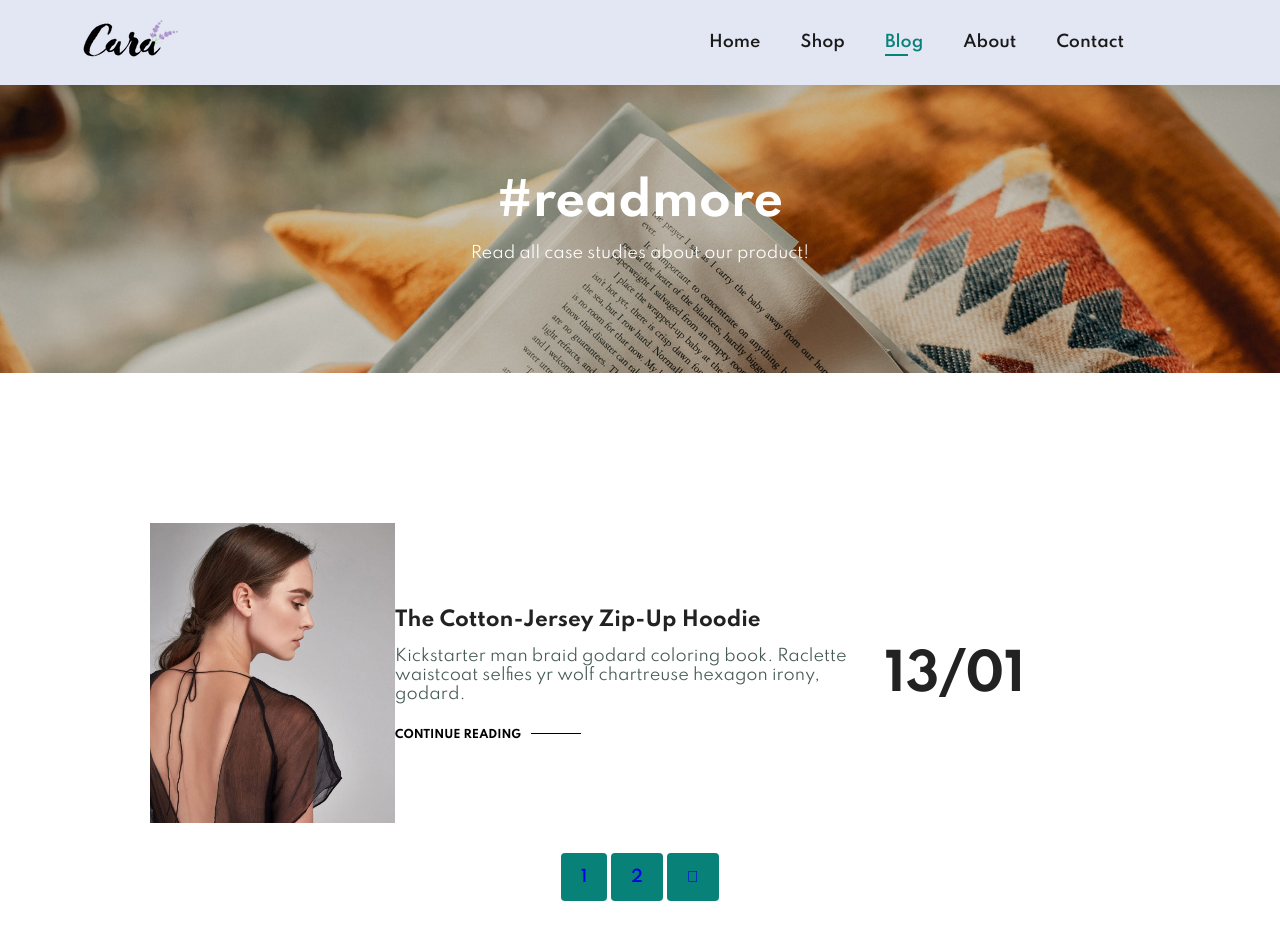
Repository: MinhNhatIT2901/Ecommerce
Page: blog.html
An editor plug-in stored every save of this project. The page is shown before and after the next save, followed by the edit.
The browser window is 1280 px wide. The pictures show the part of the page from y = 0 to 952 px (the page is 1580 px tall).
Some web libraries are served in a nearby version.

Above is the page before, as saved 2022-01-08 22:50:24.

### blog.html
<!DOCTYPE html>
<html lang="en">
<head>
    <meta charset="UTF-8">
    <meta http-equiv="X-UA-Compatible" content="IE=edge">
    <meta name="viewport" content="width=device-width, initial-scale=1.0">
    <title>Ecommerce</title>
    <link rel="stylesheet" href="https://pro.fontawesome.com/releases/v5.10.0/css/all.css" integrity="sha384-AYmEC3Yw5cVb3ZcuHtOA93w35dYTsvhLPVnYs9eStHfGJvOvKxVfELGroGkvsg+p" crossorigin="anonymous"/>
    <link rel="stylesheet" href="style.css">
</head>
<body>

    <section id="header">
        <a href="">
            <img src="imgs/img/logo.png" alt="" class="logo">
        </a>
        <div>
            <ul id="navbar">
                <li><a href="index.html">Home</a></li>
                <li><a href="shop.html">Shop</a></li>
                <li><a class="active" href="blog.html">Blog</a></li>
                <li><a href="about.html">About</a></li>
                <li><a href="contact.html">Contact</a></li>
                <li id="lg-bar"><a href="cart.html"><i class="far fa-shopping-bag"></i></a></li>
                <a href="#" id="close">
                    <i class="far fa-times"></i>
                </a>
            </ul>
        </div>
        <div id="mobile">
            <a href="cart.html"><i class="far fa-shopping-bag"></i></a>
            <i id="bar" class="fas fa-outdent"></i>
        </div>
    </section>

    <section id="page-header" class="blog-header">
        <h2>#readmore</h2>
        <p>Read all case studies about our product! </p>
    </section>

    <section id="blog">
        <div class="blog-box">
            <div class="blog-img">
                <img src="imgs/img/blog/b1.jpg" alt="">
            </div>
            <div class="blog-details">
                <h4>The Cotton-Jersey Zip-Up Hoodie</h4>
                <p>Kickstarter man braid godard coloring book. Raclette waistcoat selfies
                yr wolf chartreuse hexagon irony, godard.</p>
                <a href="#">CONTINUE READING</a>
            </div>
            <h1>13/01</h1>
        </div>
    </section>

    <section id="pagination" class="section-p1">
        <a href="#">1</a>
        <a href="#">2</a>
        <a href="#"><i class="fal fa-long-arrow-alt-right"></i></a>
    </section>

    <section id="newsletter" class="section-p1 section-m1">
        <div class="newstext">
            <h4>Sign Up For Newsletters</h4>
            <p>Get E-mail uppdates about our latest shop and <span>special offers</span></p>
        </div>
        <div class="form">
            <input type="text" placeholder="Your email address">
            <button class="normal">Sign Up</button>
        </div>
    </section>

    <footer class="section-p1">
        <div class="col">
            <img  class="logo" src="imgs/img/logo.png" alt="">
            <h4>Contact</h4>
            <p><strong>Address: </strong> 562 Wellington Road, Street 32, San Francisco</p>
            <p><strong>Phone:</strong> +01 2222 365 /(+91) e1 2345 6789</p>
            <p><strong>Hours:</strong> 10:00 - 18:00, Mon - Sat</p>
            <div class="follow">
                <h4>Follow us</h4>
                <div class="icon">
                    <i class="fab fa-facebook-f"></i>
                    <i class="fab fa-twitter"></i>
                    <i class="fab fa-instagram"></i>
                    <i class="fab fa-pinterest-p"></i>
                    <i class="fab fa-youtube"></i>
                </div>
            </div>
        </div>

        <div class="col">
            <h4>About</h4>
            <a href="#">About us</a>
            <a href="#">Delivery Information</a>
            <a href="#">Privacy Policy</a>
            <a href="#">Terms & Conditions</a>
            <a href="#">Contact Us</a>
        </div>

        <div class="col">
            <h4>My Account</h4>
            <a href="#">Sign In</a>
            <a href="#">View Cart</a>
            <a href="#">My Wishlist</a>
            <a href="#">Track My Order</a>
            <a href="#">Help</a>
        </div>

        <div class="col install">
            <h4>Install App</h4>
            <p>From App Store or Google Play</p>
            <div class="row">
                <img src="imgs/img/pay/app.jpg" alt="">
                <img src="imgs/img/pay/play.jpg" alt="">
            </div>
            <p>Secured Payment Gateways </p>
            <img src="imgs/img/pay/pay.png" alt="">
        </div>
    </footer>
    <div class="copyright">
        <p>® 2021, Tech2 etc HTML CSS Ecommerce Templatek</p>
    </div>
    <script src="style.js"></script>
</body>
</html>

### style.css
@import url("https://fonts.googleapis.com/css2?family=Poppins:wght@400;500;600;700&family=Spartan:wght@400;500;600;700&display=swap");

:root {
  --primary-color: #088178;
}
* {
  padding: 0;
  margin: 0;
  box-sizing: border-box;
  font-family: "Spartan", sans-serif;
}

h1 {
  font-size: 50px;
  line-height: 64px;
  color: #222;
}

h2 {
  font-size: 46px;
  line-height: 54px;
  color: #222;
}

h4 {
  font-size: 20px;
  color: #222;
}

h6 {
  font-weight: 700;
  font-size: 12px;
}

p {
  font-size: 16px;
  color: #465b52;
  margin: 15px 0 20px 0;
}

.section-p1 {
  padding: 40px 80px;
}

.section-m1 {
  margin: 40px 0;
}

button.normal {
  font-size: 14px;
  font-weight: 600;
  padding: 15px 30px;
  color: #000;
  background-color: #fff;
  cursor: pointer;
  border-radius: 4px;
  outline: none;
  transition: 0.25s;
  border: none;
}

button.white {
  font-size: 13px;
  font-weight: 600;
  padding: 11px 18px;
  color: #fff;
  background-color: transparent;
  cursor: pointer;
  outline: none;
  transition: 0.25s;
  border: 1px solid #fff;
  transition: 0.25s ease;
}

body {
  width: 100%;
}

/* Header */
#header {
  display: flex;
  align-items: center;
  justify-content: space-between;
  padding: 20px 80px;
  background: #e3e6f3;
  box-shadow: 0 5px 15px rgba(0, 0, 0, 0.06);
  z-index: 100;
  position: sticky;
  top: 0;
  left: 0;
}

#navbar {
  display: flex;
  align-items: center;
  justify-content: center;
}

#navbar li {
  list-style: none;
  padding: 0 20px;
  position: relative;
}

#navbar li a {
  text-decoration: none;
  font-size: 16px;
  font-weight: 600;
  color: #1a1a1a;
  transition: 0.25s ease;
}

#navbar li a:hover,
#navbar li a.active {
  color: var(--primary-color);
}

#navbar li a.active::after,
#navbar li a:hover::after {
  content: "";
  width: 30%;
  height: 2px;
  position: absolute;
  bottom: -4px;
  left: 20px;
  background: var(--primary-color);
}

#mobile {
  display: none;
  align-items: center;
}

#close {
  display: none;
}

/* Page home */
#hero {
  background-image: url("imgs/img/hero4.png");
  height: 90vh;
  width: 100%;
  background-position: top 25% right 0;
  background-size: cover;
  padding: 0 80px;
  display: flex;
  align-items: flex-start;
  justify-content: center;
  flex-direction: column;
}

#hero h4 {
  padding-bottom: 15px;
}

#hero h1 {
  color: var(--primary-color);
}

#hero button {
  background-image: url("imgs/img/button.png");
  background-color: transparent;
  color: var(--primary-color);
  border: 0;
  padding: 14px 80px 14px 65px;
  background-repeat: no-repeat;
  font-weight: 700;
  font-size: 15px;
}

#feature {
  display: flex;
  align-items: center;
  justify-content: space-between;
  flex-wrap: wrap;
}

#feature .fe-box {
  width: 180px;
  text-align: center;
  padding: 25px 15px;
  box-shadow: 20px 20px 34px rgba(0, 0, 0, 0.03);
  border: 1px solid #cce7d0;
  border-radius: 4px;
  margin: 15px 0;
}

#feature .fe-box:hover {
  box-shadow: 10px 10px 54px rgba(70, 62, 221, 0.1);
  cursor: pointer;
}

#feature .fe-box img {
  width: 100%;
  margin-bottom: 10px;
}

#feature .fe-box h6 {
  padding: 9px 8px 6px 8px;
  line-height: 1;
  border-radius: 4px;
  color: #088178;
  background-color: #fddde4;
}

#feature .fe-box:nth-child(2) h6 {
  background-color: #cdebbc;
}

#feature .fe-box:nth-child(3) h6 {
  background-color: #d1e8f2;
}

#feature .fe-box:nth-child(4) h6 {
  background-color: #cdd4f8;
}

#feature .fe-box:nth-child(5) h6 {
  background-color: #f6dbf6;
}

#feature .fe-box:nth-child(6) h6 {
  background-color: #fff2e5;
}

#product1 {
  text-align: center;
}

#product1 .pro-container {
  display: flex;
  justify-content: space-between;
  padding-top: 20px;
  flex-wrap: wrap;
}

#product1 .pro {
  width: 23%;
  min-width: 250px;
  padding: 10px 12px;
  border: 1px solid #cce7d0;
  border-radius: 25px;
  cursor: pointer;
  box-shadow: 20px 20px 30px rgba(0, 0, 0, 0.02);
  margin: 15px 0;
  transition: 0.25s ease-in;
  position: relative;
}

#product1 .pro:hover {
  box-shadow: 20px 20px 30px rgba(0, 0, 0, 0.06);
}

#product1 .pro img {
  width: 100%;
  border-radius: 20px;
}

#product1 .pro .des {
  text-align: start;
  padding: 10px 0;
}

#product1 .pro .des span {
  color: #606060;
  font-size: 12px;
}

#product1 .pro .des h5 {
  padding-top: 7px;
  color: #1a1a1a;
  font-size: 14px;
}

#product1 .pro .des i {
  font-size: 12px;
  color: rgb(243, 181, 25);
}

#product1 .pro .des h4 {
  padding-top: 17px;
  font-size: 15px;
  font-weight: 700;
  color: var(--primary-color);
}

#product1 .pro .cart {
  width: 40px;
  height: 40px;
  line-height: 40px;
  border-radius: 50px;
  background-color: #e8f6ea;
  color: var(--primary-color);
  border: 1px solid #cce7d0;
  right: 10px;
  position: absolute;
  bottom: 20px;
}

#banner {
  display: flex;
  flex-direction: column;
  justify-content: center;
  align-items: center;
  text-align: center;
  background-image: url("imgs/img/banner/b2.jpg");
  width: 100%;
  height: 40vh;
  background-size: cover;
  background-position: center;
}

#banner h4 {
  color: #fff;
  font-size: 16px;
}

#banner h2 {
  color: #fff;
  font-size: 30px;
  padding: 10px 0;
}

#banner h2 span {
  color: #ef3636;
}

#banner button:hover {
  background-color: var(--primary-color);
  color: #fff;
}

#sm-banner {
  display: flex;
  justify-content: space-between;
  flex-wrap: wrap;
}

#sm-banner .banner-box {
  display: flex;
  flex-direction: column;
  justify-content: center;
  align-items: flex-start;
  background-image: url("imgs/img/banner/b17.jpg");
  min-width: 660px;
  height: 50vh;
  background-size: cover;
  background-position: center;
  padding: 30px;
}

#sm-banner h4 {
  color: #fff;
  font-size: 30px;
  font-weight: 300;
}

#sm-banner h2 {
  color: #fff;
  font-size: 28px;
  font-weight: 800;
}

#sm-banner span {
  color: #fff;
  font-size: 16px;
  font-weight: 300;
  padding-bottom: 15px;
}

#sm-banner .banner-box:hover button {
  background: var(--primary-color);
  border: 1px solid var(--primary-color);
}

#sm-banner .banner-box2 {
  background-image: url("imgs/img/banner/b10.jpg");
}

#banner3 {
  display: flex;
  justify-content: space-between;
  flex-wrap: wrap;
  padding: 0 80px;
}

#banner3 .banner-box {
  display: flex;
  flex-direction: column;
  justify-content: center;
  align-items: flex-start;
  background-image: url("imgs/img/banner/b7.jpg");
  min-width: 30%;
  height: 30vh;
  background-size: cover;
  background-position: center;
  padding: 20px;
}

#banner3 h2 {
  color: #fff;
  font-weight: 900;
  font-size: 22px;
}

#banner3 h3 {
  color: red;
  font-weight: 800;
  font-size: 15px;
}

#banner3 .banner-box2 {
  background-image: url("imgs/img/banner/b4.jpg");
}

#banner3 .banner-box3 {
  background-image: url("imgs/img/banner/b18.jpg");
}

#newsletter {
  display: flex;
  justify-content: space-between;
  flex-wrap: wrap;
  text-align: center;
  background-image: url("imgs/img/banner/b14.jpg");
  background-repeat: no-repeat;
  background-position: 20% 30%;
  background-color: #041e42;
}

#newsletter h4 {
  font-size: 22px;
  font-weight: 600;
  color: #fff;
}

#newsletter p {
  font-size: 22px;
  font-weight: 600;
  color: #818ea0;
}

#newsletter p span {
  color: #ffbd27;
}

#newsletter .form {
  display: flex;
  height: 3.123rem;
}

#newsletter input {
  padding: 0 1.25rem;
  font-size: 14px;
  border: 1px solid transparent;
  border-radius: 4px;
  outline: none;
  border-top-right-radius: 0;
  border-bottom-right-radius: 0;
}

#newsletter button {
  background-color: var(--primary-color);
  color: #fff;
  white-space: nowrap;
  border-top-left-radius: 0;
  border-bottom-left-radius: 0;
}

footer {
  display: flex;
  flex-wrap: wrap;
  justify-content: space-between;
}

footer .col {
  display: flex;
  flex-direction: column;
  align-items: flex-start;
  margin-bottom: 20px;
}

footer .logo {
  margin-bottom: 30px;
}

footer h4 {
  font-size: 14px;
  padding-bottom: 20px;
}

footer p {
  font-size: 13px;
  margin: 0 0 8px 0;
}

footer a {
  font-size: 13px;
  text-decoration: none;
  color: #222;
  margin-bottom: 10px;
}

footer .follow {
  margin-top: 20px;
}

footer .follow i {
  color: #465b52;
  padding-right: 4px;
  cursor: pointer;
}

footer .install .row img {
  border: 1px solid var(--primary-color);
  border-radius: 6px;
}

footer .install img {
  margin: 10px 0 15px 0;
}

footer .follow i:hover,
footer a:hover {
  color: var(--primary-color);
}

.copyright {
  text-align: center;
}

/* Shop */
#page-header {
  background-image: url("imgs/img/banner/b1.jpg");
  width: 100%;
  height: 40vh;
  background-size: cover;
  display: flex;
  justify-content: center;
  align-items: center;
  text-align: center;
  flex-direction: column;
  padding: 14px;
}

#page-header h2,
#page-header p {
  color: #fff;
}

#pagination {
  text-align: center;
}

#pagination a {
  text-decoration: none;
  background-color: var(--primary-color);
  padding: 15px 20px;
  border-radius: 4px;
  font-weight: 600;
}

#pagination a i {
  font-size: 16px;
  font-weight: 600;
}

/* Single Product */
#prodetails {
  display: flex;
  margin-top: 20px;
}
#prodetails .single-pro-img {
  width: 40%;
  margin-right: 50px;
}

.small-img-group {
  display: flex;
  justify-content: space-between;
}

.small-img-col {
  flex-basis: 24%;
  cursor: pointer;
}

.single-pro-details {
  width: 50%;
  padding-top: 30px;
}

.single-pro-details h4 {
  padding: 40px 0 20px 0;
}

.single-pro-details h2 {
  font-size: 26px;
}

.single-pro-details select {
  display: block;
  padding: 5px 10px;
  margin-bottom: 10px;
}

.single-pro-details input {
  width: 50px;
  height: 47px;
  padding-left: 10px;
  font-size: 16px;
  margin-right: 10px;
}

.single-pro-details input:focus {
  outline: none;
}

.single-pro-details button {
  background: var(--primary-color);
  color: #fff;
}

.single-pro-details span {
  line-height: 25px;
}

/* Blog Page */
#page-header.blog-header {
  background-image: url("imgs/img/banner/b19.jpg");
}

#blog {
  padding: 150px 150px 0 150px;
}

#blog .blog-box {
  display: flex;
  align-items: center;
  width: 100%;
}

#blog .box-img {
  width: 50%;
  margin-right: 40px;
}

#blog img {
  width: 100%;
  height: 300px;
  object-fit: cover;
}

#blog .blog-details {
  width: 50%;
}

#blog .blog-details a {
  text-decoration: none;
  font-size: 11px;
  color: #000;
  font-weight: 700;
  position: relative;
  transition: 0.25 ease;
}

#blog .blog-details a::after {
  content: "";
  width: 50px;
  height: 1px;
  background-color: #000;
  position: absolute;
  top: 4px;
  right: -60px;
}

#blog .blog-details a:hover {
  color: var(--primary-color);
}

#blog .blog-details a:hover::after {
  background-color: var(--primary-color);
}
/* Reponsive Start Media */

@media (max-width: 799px) {
  .section-p1 {
    padding: 40px 40px;
  }
  #navbar {
    display: flex;
    flex-direction: column;
    align-items: flex-start;
    justify-content: flex-start;
    position: fixed;
    top: 0;
    right: -300px;
    height: 100vh;
    width: 300px;
    background-color: #e3e6f3;
    box-shadow: 0 40px 60px rgba(0, 0, 0, 0.02);
    padding: 80px 0 0 10px;
    transition: 0.25s ease;
  }

  #navbar.active {
    right: 0;
  }

  #navbar li {
    margin-bottom: 25px;
  }

  #mobile {
    display: flex;
    align-items: center;
  }

  #mobile i {
    color: #1a1a1a;
    font-size: 24px;
    padding-left: 20px;
  }

  #close {
    position: absolute;
    top: 30px;
    right: 30px;
    color: #222;
    font-size: 24px;
    display: initial;
  }

  #lg-bar {
    display: none;
  }

  #hero {
    height: 70vh;
    padding: 0 80px;
    display: flex;
    background-position: top 30% right 30%;
  }

  #feature {
    justify-content: center;
  }

  #feature .fe-box {
    margin: 15px;
  }

  #product1 .pro-container {
    justify-content: center;
  }

  #product1 .pro {
    margin: 15px;
  }

  #banner {
    height: 20vh;
  }

  #sm-banner .banner-box {
    min-width: 100%;
    height: 30vh;
  }

  #banner3 {
    padding: 0 40px;
  }

  #banner3 .banner-box {
    width: 28%;
  }

  #newsletter .form {
    width: 100%;
  }
}

@media (max-width: 477px) {
  .section-p1 {
    padding: 20px;
  }

  #header {
    padding: 10px 30px;
  }

  h1 {
    font-size: 38px;
  }

  h2 {
    font-size: 32px;
  }

  #hero {
    padding: 0 20px;
    background-position: 55%;
  }

  #feature {
    justify-content: space-between;
  }

  #feature .fe-box {
    width: 155px;
    margin: 0 0 15px 0;
  }

  #product1 .pro {
    width: 100%;
  }

  #banner {
    height: 40vh;
  }

  #sm-banner .banner-box {
    height: 40vh;
  }

  #sm-banner .banner-box2 {
    margin-top: 20px;
  }

  #banner3 {
    padding: 0 20px;
  }

  #banner3 .banner-box {
    width: 100%;
  }

  #newsletter {
    padding: 40px 20px;
  }

  #newsletter .form {
    width: 100%;
  }

  /* Single Product */
  #prodetails {
    display: flex;
    flex-direction: column;
  }
  #prodetails .single-pro-img {
    width: 100%;
    margin-right: 0px;
  }
  .single-pro-details {
    width: 100%;
  }
}

### style.js
const bar = document.getElementById('bar')
const nav = document.getElementById('navbar')
const cl = document.getElementById('close')

if (bar) {
    bar.addEventListener('click', () => {
        nav.classList.add('active')
    })
}

if (cl) {
    cl.addEventListener('click', () => {
        nav.classList.remove('active')
    })
}

After the next save:
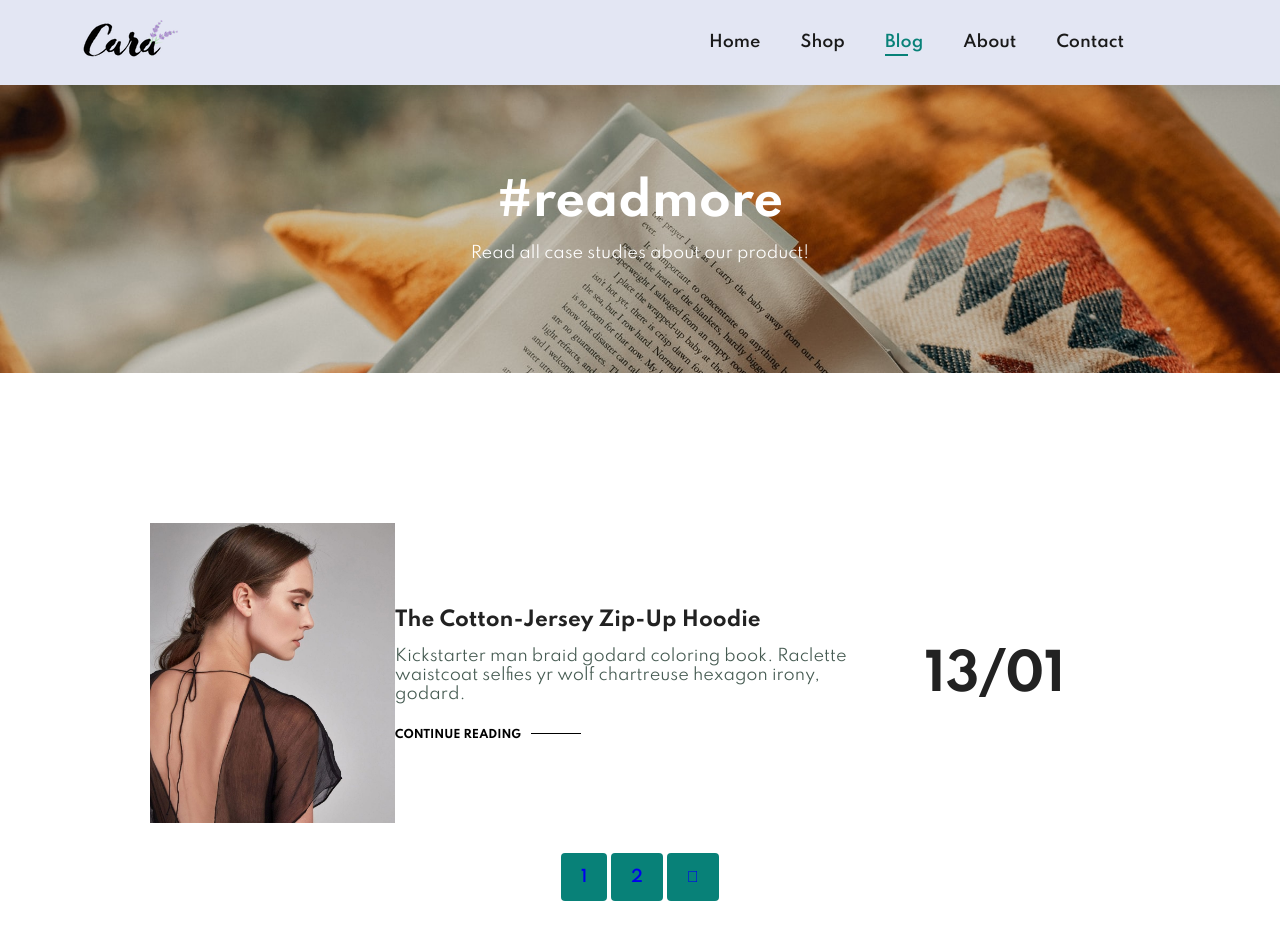
Saved 55 s later.
--- a/style.css
+++ b/style.css
@@ -653,6 +653,7 @@ footer a:hover {
 
 #blog .blog-details {
   width: 50%;
+  margin-right: 40px;
 }
 
 #blog .blog-details a {
